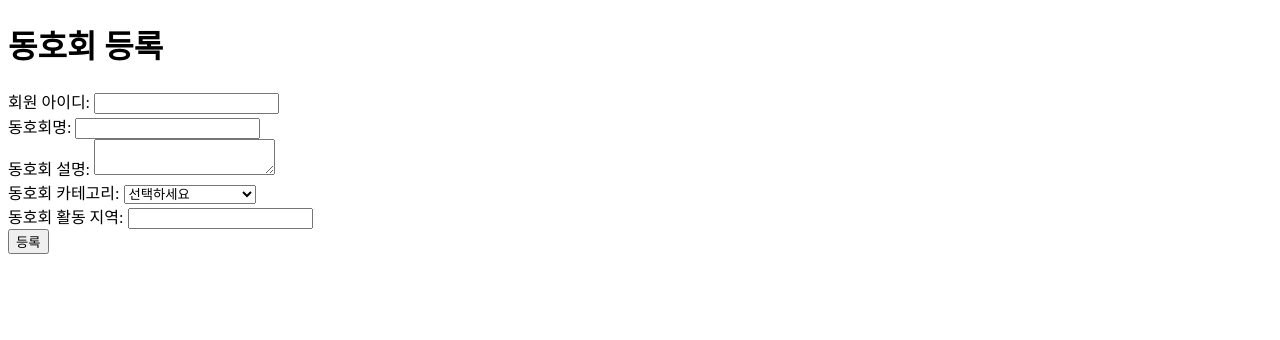
Repository: HB1112/cloud
Page: http://localhost/Solocare/WEB-INF/views/club/clubregist.jsp
The author's editor kept a copy of each file at every save. The page is drawn from the files as they stood at one save, then again after the next save.
The browser window is 1280 px wide. The pictures show the whole page.
The page is served by Tomcat 9. Nobody is signed in. The template is opened directly, without the code that normally fills it, so the values that code supplies are empty.

Above is the page before, as saved 2024-12-16 02:06:46.

After the next save:
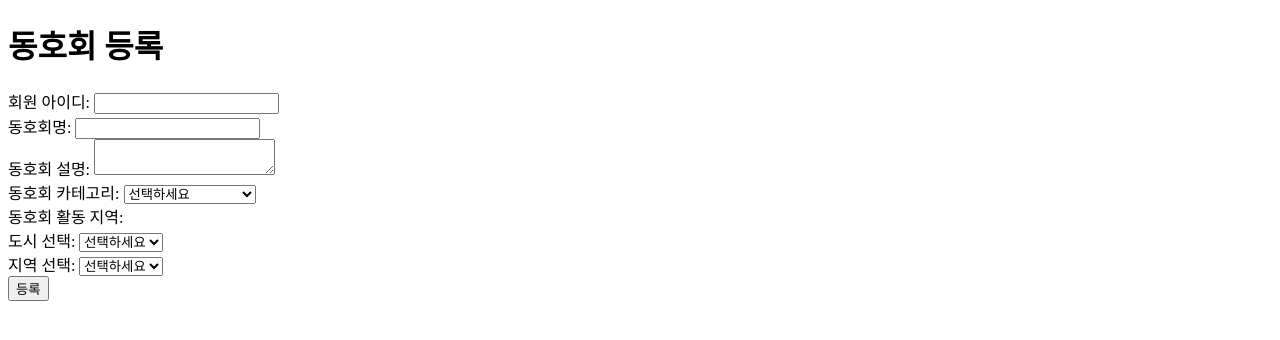
Saved 60 min 17 s later.
--- a/Solocare/src/main/webapp/WEB-INF/views/club/clubregist.jsp
+++ b/Solocare/src/main/webapp/WEB-INF/views/club/clubregist.jsp
@@ -34,8 +34,27 @@
 		</div>
         <div>
             <label>동호회 활동 지역:</label>
-            <input name="clubLocation" type="text" required>
-        </div>
+            <div>
+                <label for="citySelect">도시 선택:</label>
+                <select name="city" id="citySelect" required>
+                    <option value="">선택하세요</option>
+                    <option value="부산">부산</option>
+                    <option value="서울">서울</option>
+                    <option value="대구">대구</option>
+                    <option value="인천">인천</option>
+                    <!-- 추가 도시 옵션 -->
+                </select>
+            </div>
+            <div>
+                <label for="regionSelect">지역 선택:</label>
+                <select name="region" id="regionSelect" required>
+                    <option value="">선택하세요</option>
+                    <option value="영도구">영도구</option>
+                    <option value="해운대구">해운대구</option>
+                    <option value="부산진구">부산진구</option>
+                    <!-- 추가 지역 옵션 -->
+                </select>
+            </div>
         <div>
             <button type="submit">등록</button>
         </div>
